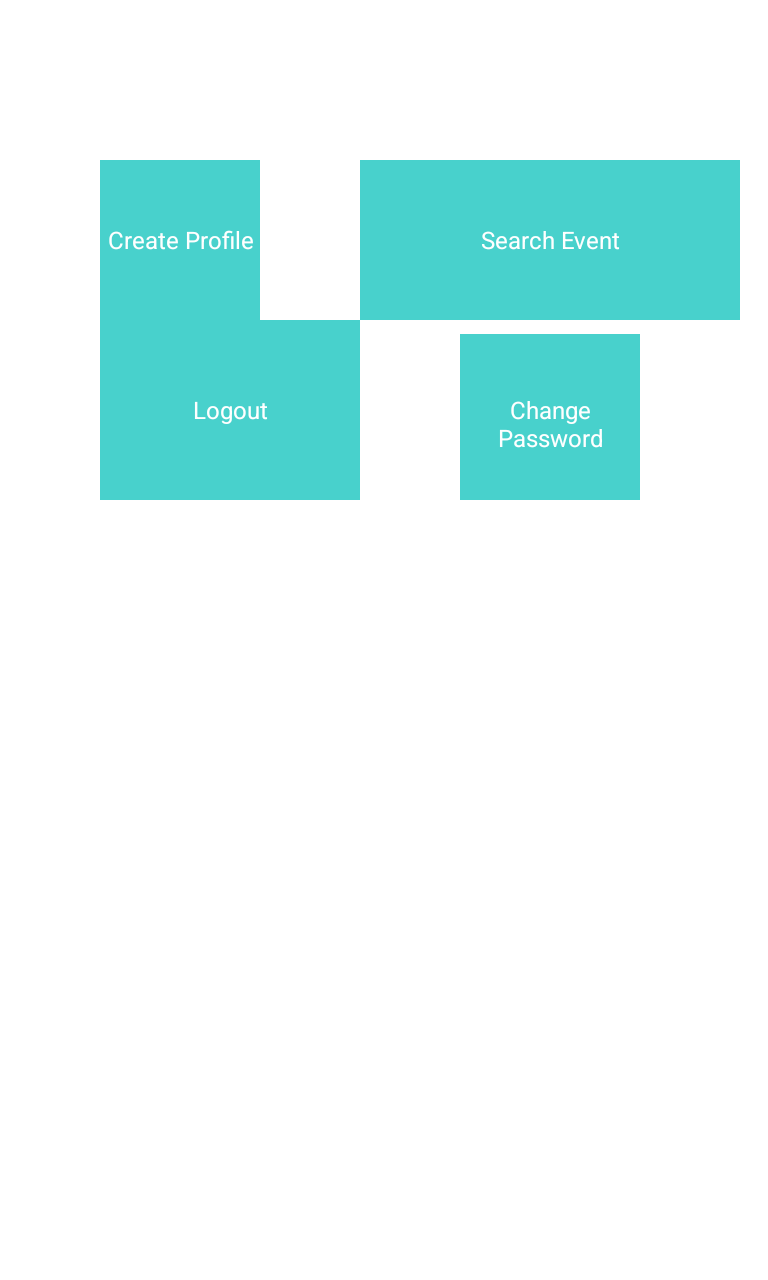
Repository: COMP231-S63G1/COMP231-S63G1
Layout: Wanna/res/layout/login_success.xml
These files come from the project's save history. The layout is drawn as it stood at one moment and after a run of saves; the edit follows.
It is drawn on a 768 x 1280 px phone screen (xhdpi) without system bars, with theme AppTheme; the app's code is not run. The app's manifest (not shown) leaves right-to-left support off. So textAlignment, textDirection and layoutDirection are ignored, and left and right values win over start and end ones.

Above is the layout before, as saved 2014-10-24 15:46:27.

After the next 3 saves:
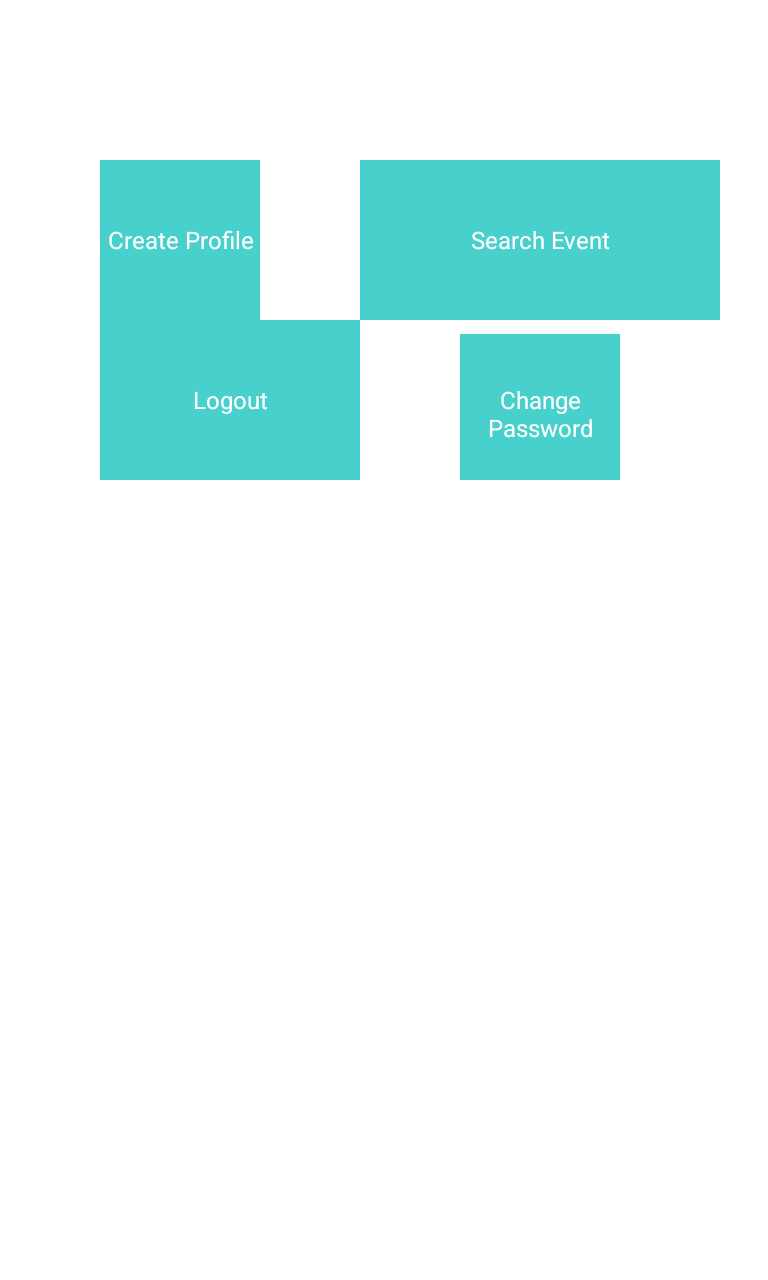
The 3 saves are shown as one change because they came seconds apart.
The last was saved 21 s later.
--- a/Wanna/res/layout/login_success.xml
+++ b/Wanna/res/layout/login_success.xml
@@ -55,8 +55,8 @@
 <TableRow>
 
     <Button
-            android:layout_width="90dp"
-            android:layout_height="90dp"
+            android:layout_width="80dp"
+            android:layout_height="80dp"
             android:text="Logout"
             android:id="@+id/logout"
             android:textSize="12sp"
@@ -69,8 +69,8 @@
 
     <Button
         android:id="@+id/btchangepass"
-        android:layout_width="90dp"
-        android:layout_height="90dp"
+        android:layout_width="80dp"
+        android:layout_height="80dp"
 		android:background="#48D1CC"
         android:layout_below="@+id/textwelcome"
         android:text="Change Password"
